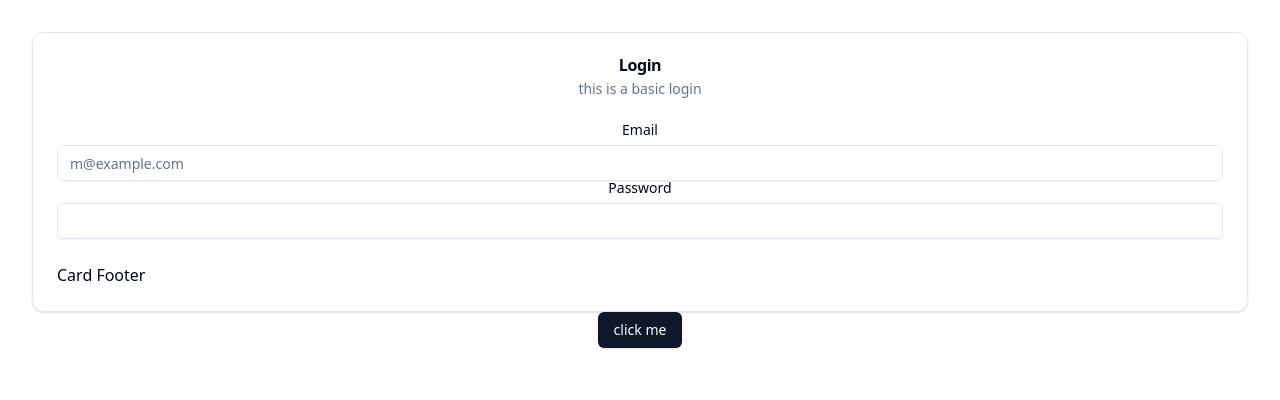
Repository: yuv-raj-25/Shadcn-learning
Page: / (app in blog3/)
An editor plug-in stored every save of this project. The page is shown before and after the next save, followed by the edit.
The browser window is 1280 px wide. The pictures show the whole page.
The project was rebuilt for these pictures with package versions that can differ from the ones it lists, and the page was loaded fresh each time. Also part of the build but not shown: blog3/vite.config.js, blog3/src/components/Button.jsx/ShadcnButton.jsx, blog3/src/components/input/ShadcnInput.jsx, blog3/src/components/card/ShadcnCard.jsx, blog3/src/components/label/Label.jsx, blog3/src/components/myform/MyForm.jsx, blog3/src/components/ui/carousel.jsx, blog3/src/components/demo/ CarouselDemo.jsx and 2 more.

Above is the page before, as saved 2024-05-16 19:41:41.

After the next save:
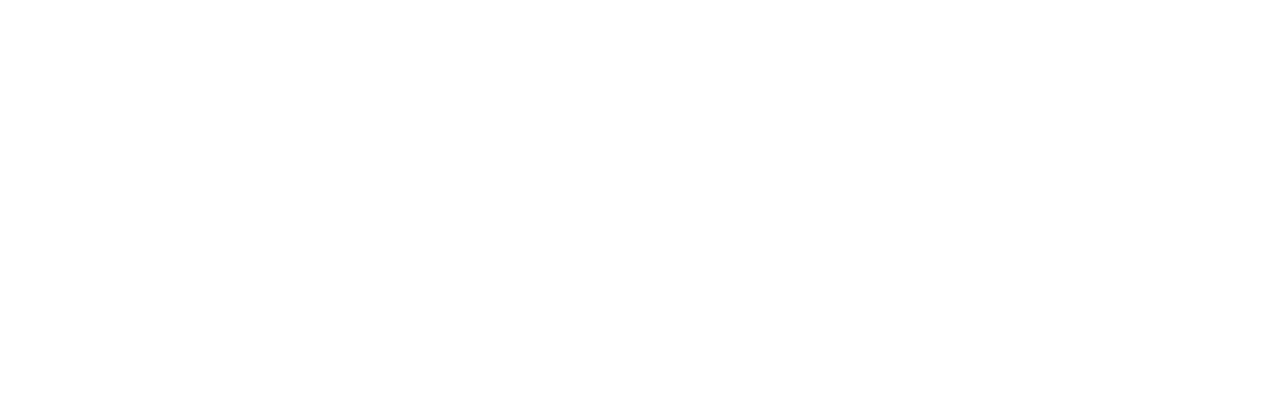
Console error: ReferenceError: Button is not defined
Saved 40 s later.
--- a/blog3/src/pages/Login.jsx
+++ b/blog3/src/pages/Login.jsx
@@ -30,7 +30,7 @@
         </div>
   </CardContent>
   <CardFooter>
-    <p>Card Footer</p>
+  <Button className="w-full">Create account</Button>
   </CardFooter>
 </Card>
 

After the 4 saves that followed:
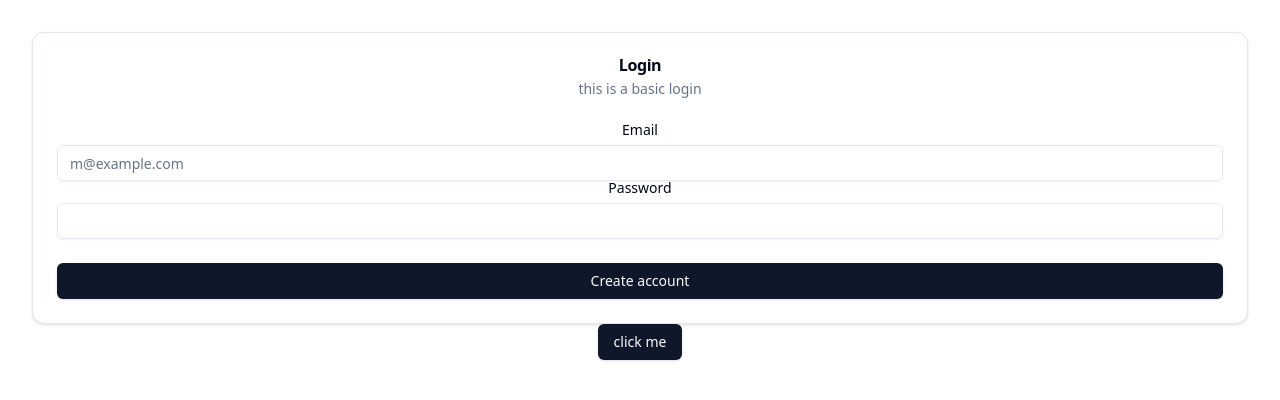
The error is gone.
The 4 saves are shown as one change because they came seconds apart.
The last was saved 12 s later.
--- a/blog3/src/pages/Login.jsx
+++ b/blog3/src/pages/Login.jsx
@@ -1,3 +1,4 @@
+import { Button } from "@/components/ui/button"
 import {
     Card,
     CardContent,
